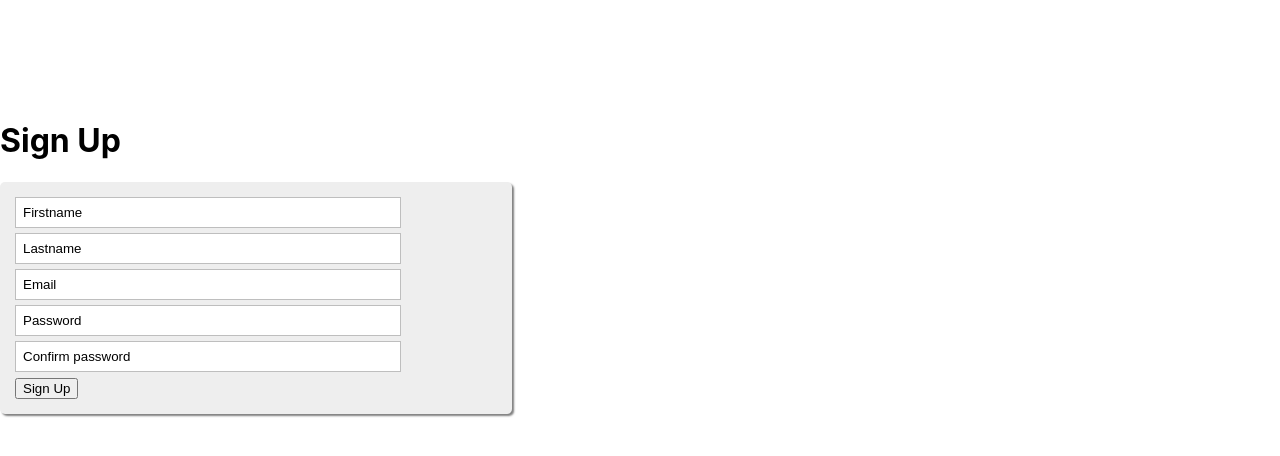
Repository: khamraeva/JSP-homework1-sighup
Page: /
The author's editor kept a copy of each file at every save. The page is drawn from the files as they stood at one save, then again after the next save.
The browser window is 1280 px wide. The pictures show the whole page.
The project was rebuilt for these pictures with package versions that can differ from the ones it lists, and the page was loaded fresh each time.

Above is the page before, as saved 2020-07-22 16:41:46.

### src/App.js
import React from 'react';
import SignUp from './Components/SignUp/SignUp';
import './App.css';


function App() {
  return (
    <div className="App">
      <SignUp />
    </div>
  );
}

export default App;

### src/Components/SignUp/SignUp.js
import React, { Component } from 'react';
import './SignUp.css';

class SignUp extends Component {
    render() {
        return (
            <div className={'signup-container'}>
                <h1>Sign Up</h1>
                <form className={'signup-form'}>
                    <input
                        className='input'
                        type='text'
                        value='Firstname'
                    />
                    <input
                        className='input'
                        type='text'
                        value='Lastname'
                    />
                    <input
                        className='input'
                        type='text'
                        value='Email'
                    />
                    <input
                        className='input'
                        type='text'
                        value='Password'
                    />
                    <input
                        className='input'
                        type='text'
                        value='Confirm password'
                    />
                    <button>Sign Up</button>
                </form>
            </div>
        )
    }
}

export default SignUp

### src/App.css
.App {
    display: flex;
    justify-content: center;
    flex-direction: column;
}

### src/Components/SignUp/SignUp.css
.signup-container {
    display: flex;
    justify-content: center;
    flex-direction: column;
    padding-top: 100px;
    flex-grow: 1;
    width: 40%;
}

.signup-form {
    background: #eee;
    box-shadow: 2px 2px 2px rgba(0, 0, 0, .5);
    padding: 15px;
    border-radius: 5px;
}

.input {
    display: block;
    justify-content: center;
    box-sizing: border-box;
    border: 1px solid #bebebe;
    padding: 7px;
    margin: 0 0 5px;
    width: 80%;
    outline: none;
    transition: all 300ms ease-in-out;
}

Loaded but not shown: public/index.html (common file); src/index.js (common file); src/index.css (common file); src/serviceWorker.js (common file)

After the next save:
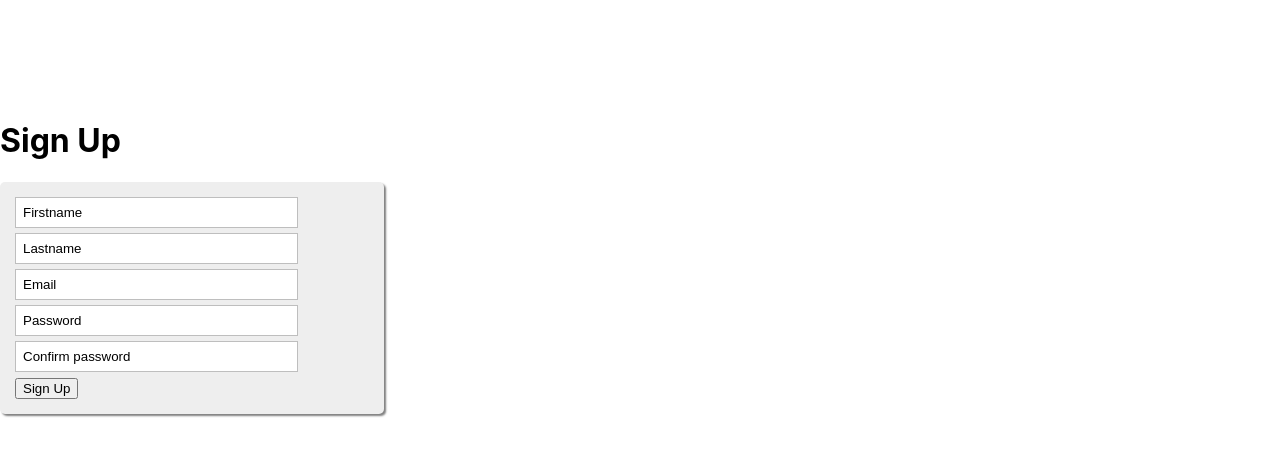
Saved 20 s later.
--- a/src/Components/SignUp/SignUp.css
+++ b/src/Components/SignUp/SignUp.css
@@ -4,7 +4,7 @@
     flex-direction: column;
     padding-top: 100px;
     flex-grow: 1;
-    width: 40%;
+    width: 30%;
 }
 
 .signup-form {
